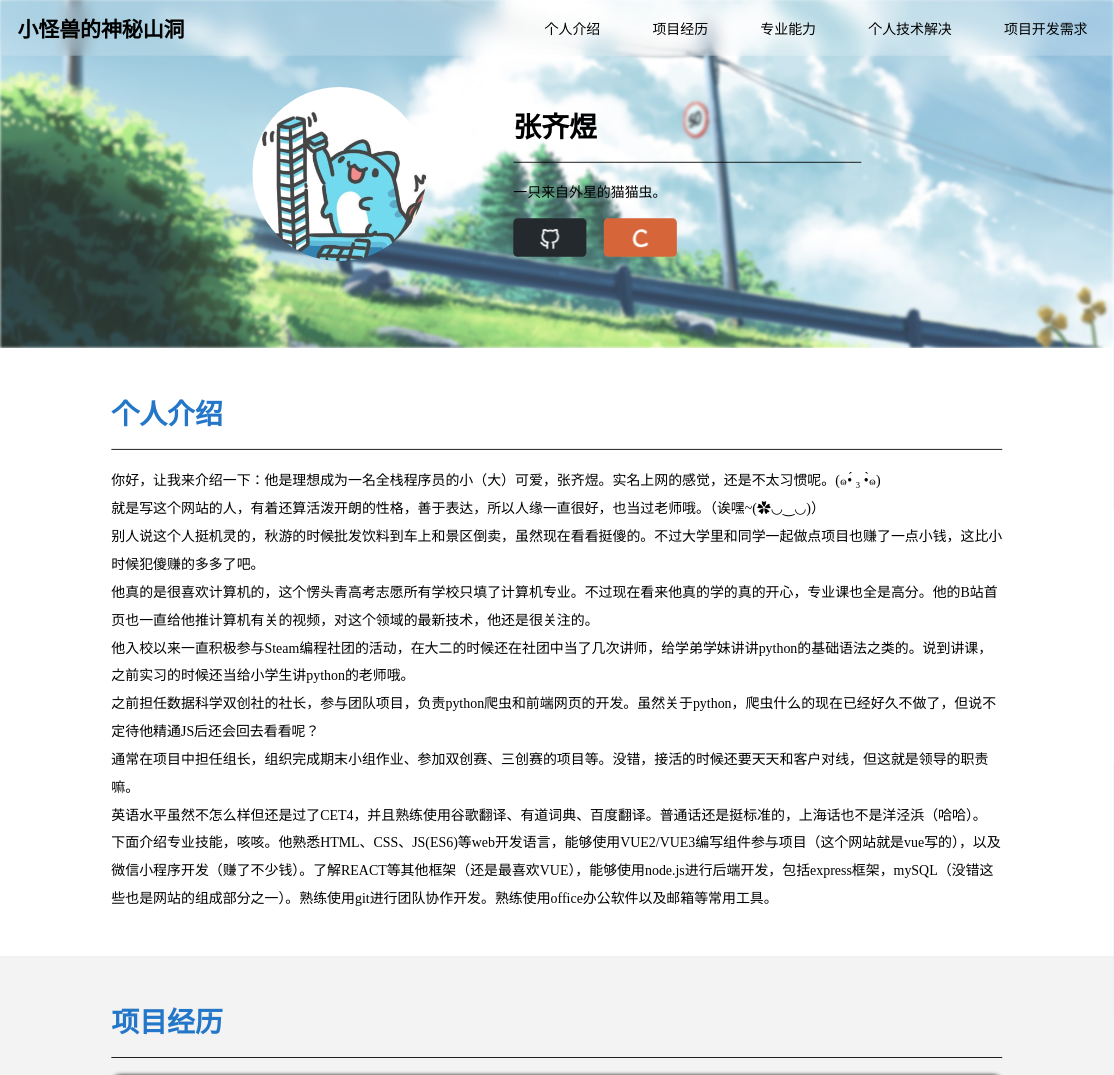
Repository: TheBiggestFatCat/myblog-frontend
Page: /
An editor plug-in stored every save of this project. The page is shown before and after the next save, followed by the edit.
The browser window is 1280 px wide. The pictures show the part of the page from y = 0 to 1236 px (the page is 2486 px tall), at 87% of full size.
Pictures or frames that could not be fetched are drawn as grey boxes. The project was rebuilt for these pictures with package versions that can differ from the ones it lists, and the page was loaded fresh each time. Also part of the build but not shown: vite.config.ts.

Above is the page before, as saved 2023-02-26 11:50:07.

### src/style.css
* {
  margin: 0;
  box-sizing: border-box;
  padding: 0;
}

/* :root {
  font-family: Inter, system-ui, Avenir, Helvetica, Arial, sans-serif;
  line-height: 1.5;
  font-weight: 400;

  color-scheme: light dark;
  color: rgba(255, 255, 255, 0.87);
  background-color: #242424;

  font-synthesis: none;
  text-rendering: optimizeLegibility;
  -webkit-font-smoothing: antialiased;
  -moz-osx-font-smoothing: grayscale;
  -webkit-text-size-adjust: 100%;
}

a {
  font-weight: 500;
  color: #646cff;
  text-decoration: inherit;
}
a:hover {
  color: #535bf2;
}

body {
  margin: 0;
  display: flex;
  place-items: center;
  min-width: 320px;
  min-height: 100vh;
}

h1 {
  font-size: 3.2em;
  line-height: 1.1;
}

button {
  border-radius: 8px;
  border: 1px solid transparent;
  padding: 0.6em 1.2em;
  font-size: 1em;
  font-weight: 500;
  font-family: inherit;
  background-color: #1a1a1a;
  cursor: pointer;
  transition: border-color 0.25s;
}
button:hover {
  border-color: #646cff;
}
button:focus,
button:focus-visible {
  outline: 4px auto -webkit-focus-ring-color;
}

.card {
  padding: 2em;
}

#app {
  max-width: 1280px;
  margin: 0 auto;
  padding: 2rem;
  text-align: center;
}

@media (prefers-color-scheme: light) {
  :root {
    color: #213547;
    background-color: #ffffff;
  }
  a:hover {
    color: #747bff;
  }
  button {
    background-color: #f9f9f9;
  }
} */

### src/App.vue
<script setup lang="ts">
import Home from './components/Home/Home.vue';
</script>

<template>
  <Home/>
</template>

<style scoped>
</style>

### src/components/Home/Home.vue
<template>
  <div class="home">
    <!-- 导航栏 -->
    <Navigation></Navigation>

    <!-- 头部 -->
    <div class="home-top">
      <div class="avatar">
        <img :src="avatar" alt="Image">
      </div>
      <div class="avatar-right">
        <h2>{{ name }}</h2>
        <div class="border"></div>
        <p v-for="i in introduction" :key="i">{{ i }}</p>
        <a href="https://github.com/" target="_blank">
          <button><img src="@/assets/icons/github.svg" style="position: relative; top: 4px;" alt=""></button>
        </a>
        <a href="https://blog.csdn.net/" target="_blank">
          <button><img src="@/assets/icons/csdn.svg" style="position: relative; top: 2px; width: 24px" alt=""></button>
        </a>
      </div>
    </div>

    <!-- 头部以下 -->
    <div class="home-body">
      <!-- 个人介绍 -->
      <div class="personal">
        <h3>个人介绍</h3>
        <div class="border"></div>
        <p v-for="i in personalText">{{ i }}</p>
      </div>
      <!-- 项目经历 -->
      <div class="project">
        <h3>项目经历</h3>
        <div class="border"></div>
        <div class="project-bg" v-for="i in project">
          <img :src="i.img" alt="Image">
          <div class="right">
            <p class="title"></p>
            <p class="text"></p>
            <p class="date"></p>
          </div>
        </div>
      </div>
    </div>
  </div>
</template>

<script lang='ts' setup>
import Navigation from './Navigation.vue';
import { ref } from 'vue'

// 头部

// 头像
const avatar = 'src/assets/pics/avatar.jpg'

// 姓名
const name = '张齐煜'

// 顶部介绍，允许多行
const introduction = [
  '一只来自外星的猫猫虫。',
]

// 头部以下

// 个人介绍，允许多行
const personalText = [
  '你好，让我来介绍一下：他是理想成为一名全栈程序员的小（大）可爱，张齐煜。实名上网的感觉，还是不太习惯呢。(๑•́ ₃ •̀๑)',
  '就是写这个网站的人，有着还算活泼开朗的性格，善于表达，所以人缘一直很好，也当过老师哦。（诶嘿~(✿◡‿◡)）',
  '别人说这个人挺机灵的，秋游的时候批发饮料到车上和景区倒卖，虽然现在看看挺傻的。不过大学里和同学一起做点项目也赚了一点小钱，这比小时候犯傻赚的多多了吧。',
  '他真的是很喜欢计算机的，这个愣头青高考志愿所有学校只填了计算机专业。不过现在看来他真的学的真的开心，专业课也全是高分。他的B站首页也一直给他推计算机有关的视频，对这个领域的最新技术，他还是很关注的。',
  '',
  '他入校以来一直积极参与Steam编程社团的活动，在大二的时候还在社团中当了几次讲师，给学弟学妹讲讲python的基础语法之类的。说到讲课，之前实习的时候还当给小学生讲python的老师哦。',
  '之前担任数据科学双创社的社长，参与团队项目，负责python爬虫和前端网页的开发。虽然关于python，爬虫什么的现在已经好久不做了，但说不定待他精通JS后还会回去看看呢？',
  '通常在项目中担任组长，组织完成期末小组作业、参加双创赛、三创赛的项目等。没错，接活的时候还要天天和客户对线，但这就是领导的职责嘛。',
  '英语水平虽然不怎么样但还是过了CET4，并且熟练使用谷歌翻译、有道词典、百度翻译。普通话还是挺标准的，上海话也不是洋泾浜（哈哈）。',
  '下面介绍专业技能，咳咳。他熟悉HTML、CSS、JS(ES6)等web开发语言，能够使用VUE2/VUE3编写组件参与项目（这个网站就是vue写的），以及微信小程序开发（赚了不少钱）。了解REACT等其他框架（还是最喜欢VUE），能够使用node.js进行后端开发，包括express框架，mySQL（没错这些也是网站的组成部分之一）。熟练使用git进行团队协作开发。熟练使用office办公软件以及邮箱等常用工具。'
]

// 项目经历

const project = [
  {
    img: 'src/assets/pics/project1.png',
    title: '项目1',
    text: '这是一个项目，不过是假数据而已。',
    date: '2023/2/26 - 2023/2/27'
  },
  {
    img: 'src/assets/pics/project2.png',
    title: '项目2',
    text: '这是一个项目，不过是假数据而已。',
    date: '2023/2/26 - 2023/2/27'
  },
  {
    img: 'src/assets/pics/project3.png',
    title: '项目3',
    text: '这是一个项目，不过是假数据而已。',
    date: '2023/2/26 - 2023/2/27'
  },
]

</script>

<style lang="less" scoped>
.home-top {
  width: 100vw;
  height: 400px;
  align-items: center;
  display: flex;
  flex-flow: row nowrap;
  justify-content: center;

  .avatar {
    width: 300px;
    height: 200px;
    padding-right: 60px;

    img {
      width: 200px;
      height: 200px;
      border-radius: 50%;
    }
  }

  .avatar-right {
    width: 400px;
    height: 160px;

    h2 {
      font-size: 32px;
    }

    .border {
      margin: 20px 0 20px 0;
      width: 100%;
      border-top: 1px solid #000;
    }

    p {
      margin-bottom: 20px;
    }

    // github按钮
    a:nth-of-type(1) button {
      background-color: #24292e;
      color: #fff;
      padding: 8px 30px;
      border: none;
      border-radius: 5px;
      font-size: 16px;
      cursor: pointer;
      transition: all .2s;
    }

    a:nth-of-type(1) button:hover {
      background-color: #3e4147;
    }

    // csdn按钮
    a:nth-of-type(2) button{
      background-color: #d66639;
      color: #fff;
      padding: 8px 30px;
      border: none;
      border-radius: 5px;
      font-size: 16px;
      cursor: pointer;
      transition: all .2s;
      margin-left: 20px;
    }

    a:nth-of-type(2) button:hover {
      background-color: #d87d59;
    }
  }
}

.home-top::before {
  content: "";
  position: absolute;
  top: 0;
  left: 0;
  width: 100vw;
  height: 400px;
  // width: 100%;
  // height: 100%;
  background-image: url(@/assets/pics/home3.jpg);
  background-position: 0 -400px;
  background-size: cover;
  filter: blur(2px);
  /* 设置模糊半径 */
  opacity: 0.85;
  /* 设置不透明度 */
  z-index: -1;
  /* 将遮罩层放在最底层 */
}
// 头部以下
.home-body {
  height: 1000px;
  background-color: #d8d8d8;
  // 个人介绍
  .personal {
    background-color: #fff;
    padding: 50px 10vw 50px 10vw;
    h3 {
      font-size: 32px;
      color: #2376c8;
    }
    .border {
      width: 100%;
      margin: 20px 0 20px 0;
      border-top: 1px solid #000;
    }
    p {
      line-height: 200%;
    }
  }
  // 项目经历
  .project {
    background-color: #f3f3f3;
    padding: 50px 10vw 50px 10vw;
    h3 {
      font-size: 32px;
      color: #2376c8;
    }
    .border {
      width: 100%;
      margin: 20px 0 20px 0;
      border-top: 1px solid #000;
    }
    p {
      line-height: 200%;
    }
    img {
      width: 500px;
      height: 300px;
    }
    .project-bg {
      width: 80vw;
      height: 400px;
      background-color: #fff;
      border-radius: 10px;
      box-shadow: 0 0 5px;
    }
  }


}
</style>

### src/components/Home/Navigation.vue
<template>
  <nav :class="{'bg-white': !isTop, 'bg-blur': isTop}">
      <div class="logo">小怪兽的神秘山洞</div>
        <div class="ui">
          <div>个人介绍</div>
          <div>项目经历</div>
          <div>专业能力</div>
          <div>个人技术解决</div>
          <div>项目开发需求</div>
        </div>
  </nav>
</template>

<script lang="ts">
import { onMounted, onUnmounted, ref } from 'vue'

export default {
  name: 'Navigation',

  setup() {
    const isTop = ref(true)

    const handleScroll = () => {
      isTop.value = window.pageYOffset === 0
    }

    onMounted(() => {
      window.addEventListener('scroll', handleScroll)
    })

    onUnmounted(() => {
      window.removeEventListener('scroll', handleScroll)
    })

    return { isTop }
  }
}
</script>

<style lang="less" scoped>
nav {
  position: fixed;
  height: 64px;
  top: 0;
  left: 0;
  right: 0;
  padding: 0 20px 0 20px;
  transition: background-color 0.3s ease-in-out;
  display: flex;
  justify-content: space-between;
  align-items: center;
}


.logo {
  font-weight: bold;
  font-size: 24px;
}

.ui {
  display: flex;
  list-style: none;
  margin: 0;
  padding: 0;
  height: 100%;
  div {
    position: relative;
    display: flex;
    padding: 0 10px 0 10px;
    align-items: center;
    margin-left: 40px;
    height: 100%;
    cursor: pointer;
  }

  div::before {
    content: "";
    position: absolute;
    top: 0;
    left: 0;
    right: 0;
    bottom: 0;
    opacity: 0;
    background-color: rgba(0, 0, 0, 0.5); /* 半透明的灰色背景 */
    transition: opacity 0.3s ease;
  }

  div:hover::before {
  opacity: 0.3;
}
}



.bg-white {
  background-color: white;
}

.bg-blur {
  background-color: rgba(255, 255, 255, 0.198);
  backdrop-filter: blur(10px);
}
</style>

Loaded but not shown: index.html (common file); src/main.ts (common file)

After the next save:
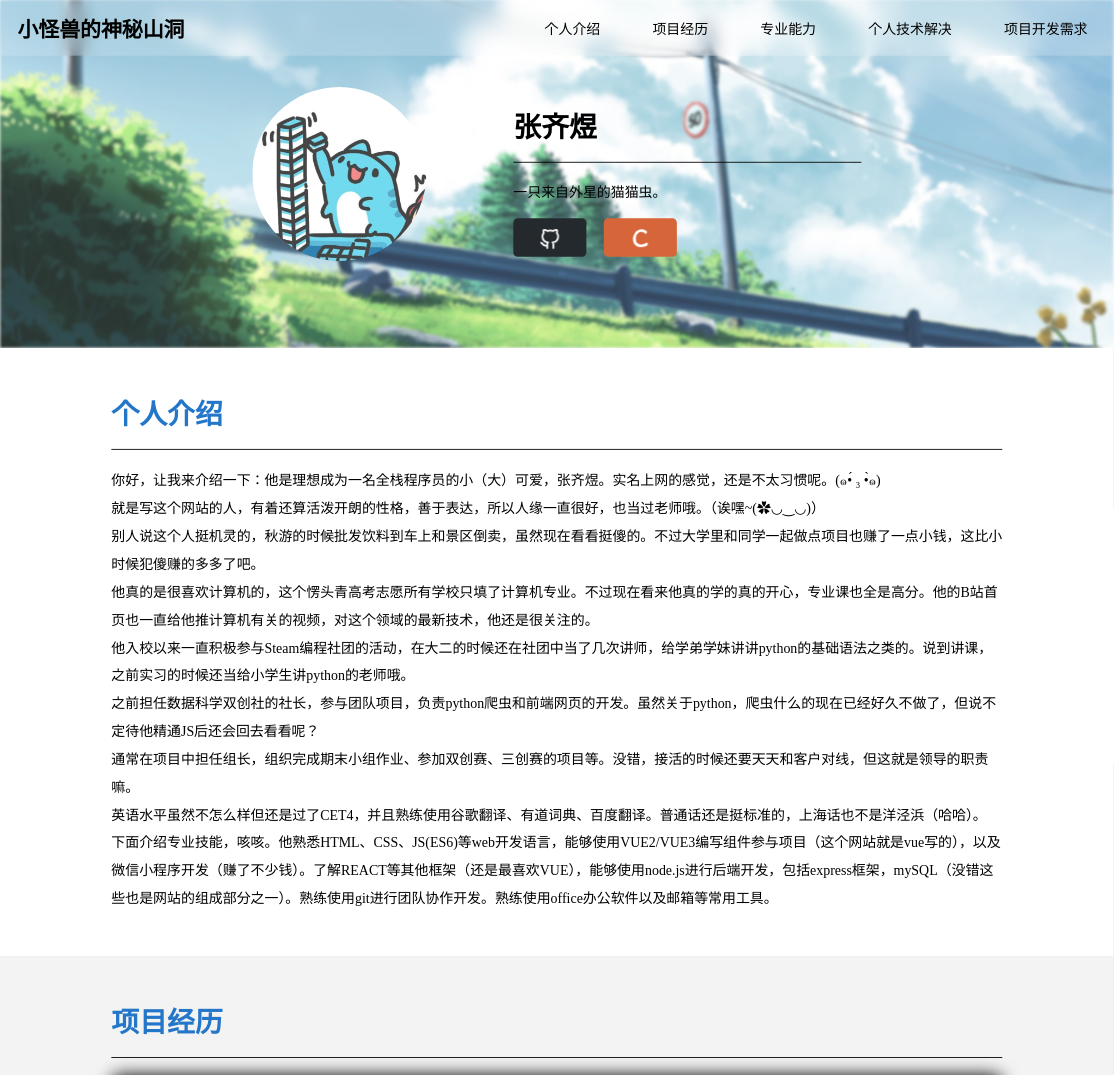
Saved 10 s later.
--- a/src/components/Home/Home.vue
+++ b/src/components/Home/Home.vue
@@ -243,7 +243,7 @@ const project = [
       height: 400px;
       background-color: #fff;
       border-radius: 10px;
-      box-shadow: 0 0 5px;
+      box-shadow: 0 0 20px;
     }
   }
 
